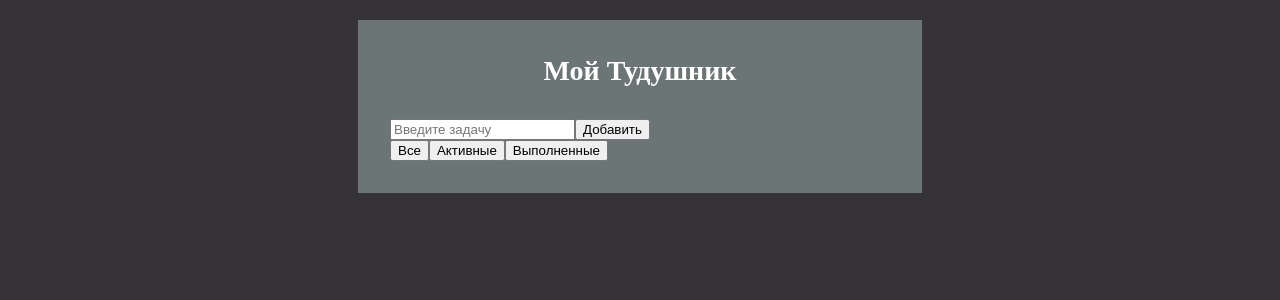
Repository: AlekCawka/-todo-project
Page: /
The author's editor kept a copy of each file at every save. The page is drawn from the files as they stood at one save, then again after the next save.
The browser window is 1280 px wide. The pictures show the whole page.
The project was rebuilt for these pictures with package versions that can differ from the ones it lists, and the page was loaded fresh each time. Also part of the build but not shown: vite.config.js.

Above is the page before, as saved 2025-08-06 22:00:14.

After the next save:
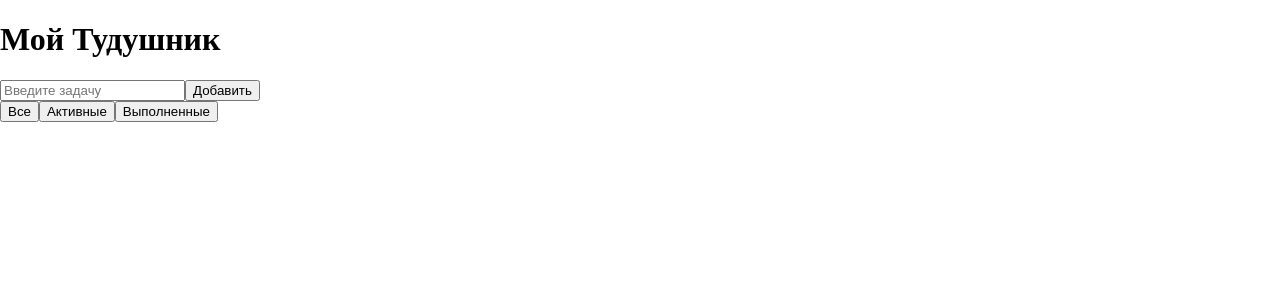
Saved 20 s later.
--- a/src/App.css
+++ b/src/App.css
@@ -1,22 +1,6 @@
 body {
-    font-family: 'Times New Roman', Times, serif;
-    background-color: rgb(53, 51, 54);
     margin: 0;
     padding: 0;
-}
-
-.container {
-    max-width: 500px;
-    margin: 20px auto;
-    padding: 16px 32px;
-    background-color: rgb(108, 117, 117);
-}
-
-.title {
-    text-align: center;
-    color: white;
-    margin-bottom: 2rem;
-    font-size: 28px;
 }
 /* body {
     font-family: sans-serif;
